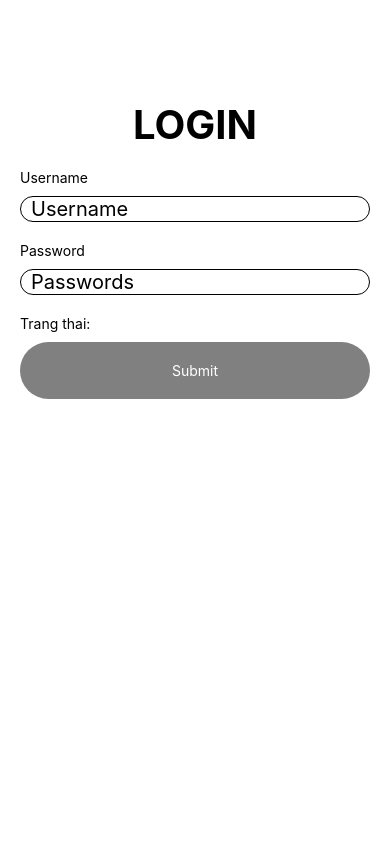
Repository: vietnguyenhoangw/ReactNative-FirstApplication
Screen: /
The author's editor kept a copy of each file at every save. The screen is drawn from the files as they stood at one save, then again after the next save.
The app was drawn by React Native's web renderer in a window 390 px wide. The project was rebuilt for these pictures with package versions that can differ from the ones it lists, and the page was loaded fresh each time.

Above is the screen before, as saved 2019-12-11 09:45:27.

After the next save:
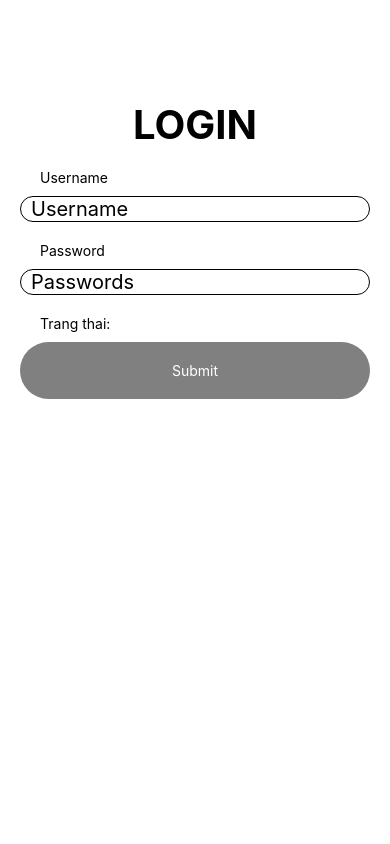
Saved 11 s later.
--- a/App.js
+++ b/App.js
@@ -105,7 +105,7 @@ const styles = StyleSheet.create({
     fontSize: 40
   },
   textUser: {
-    marginLeft: 20,
+    marginLeft: 40,
     marginRight: 20,
     marginBottom: 10,
   },
